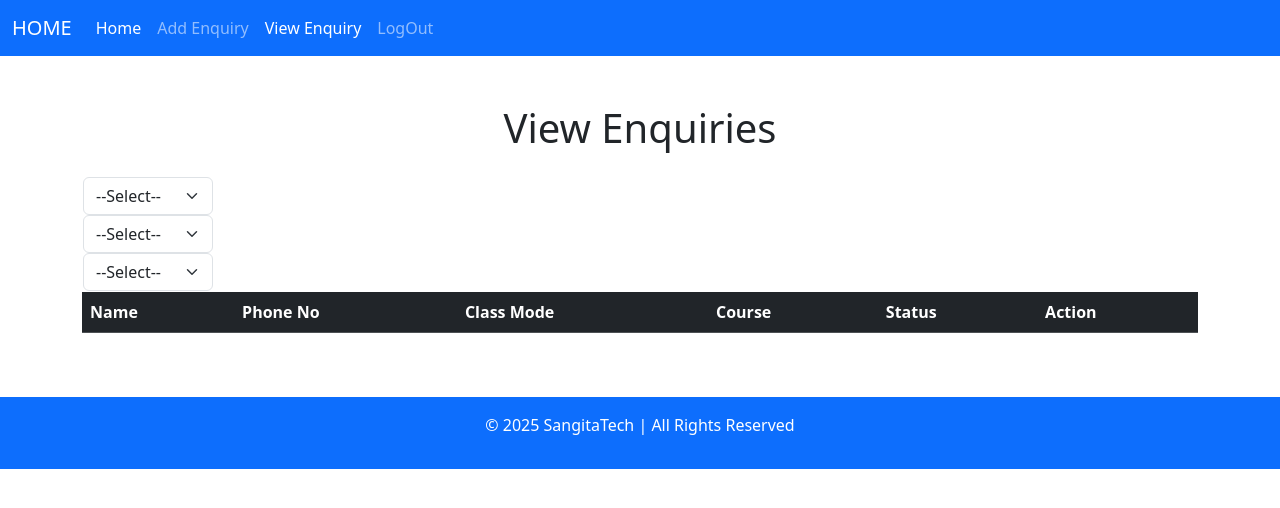
Repository: SitaSangita/Project
Page: http://localhost/viewenquiry
The author's editor kept a copy of each file at every save. The page is drawn from the files as they stood at one save, then again after the next save.
The browser window is 1280 px wide. The pictures show the whole page.
The page is this project's Thymeleaf template; nobody is signed in. The template is opened directly, without the code that normally fills it, so the values that code supplies are empty.

Above is the page before, as saved 2025-01-02 18:32:55.

### 01_CounsellorProtal_MiniProject/src/main/resources/templates/viewenquiry.html
<!doctype html>
<html lang="en">

<head>
	<meta charset="utf-8">
	<meta name="viewport" content="width=device-width, initial-scale=1">
	<title>View Enquiry Details</title>
	<link href="https://cdn.jsdelivr.net/npm/bootstrap@5.3.0-alpha1/dist/css/bootstrap.min.css" rel="stylesheet">
</head>

<body>
	<!-- Navbar -->
	<nav class="navbar navbar-expand-lg navbar-dark bg-primary">
		<div class="container-fluid">
			<a class="navbar-brand" href="#">HOME</a>
			<button class="navbar-toggler" type="button" data-bs-toggle="collapse" data-bs-target="#navbarNav"
				aria-controls="navbarNav" aria-expanded="false" aria-label="Toggle navigation">
				<span class="navbar-toggler-icon"></span>
			</button>
			<div class="collapse navbar-collapse" id="navbarNav">
				<ul class="navbar-nav">
					<li class="nav-item">
						<a class="nav-link active" aria-current="page" href="dashboard">Home</a>
					</li>
					<li class="nav-item">
						<a class="nav-link" href="enquiry-page">Add Enquiry</a>
					</li>
					<li class="nav-item">
						<a class="nav-link active" aria-current="page" href="/view-enquiries">View Enquiry</a>
					</li>
					<li class="nav-item">
						<a class="nav-link" href="/logout">LogOut</a>
					</li>
				</ul>
			</div>
		</div>
	</nav>

	<!-- Main Content -->
	<div class="container my-5">
		<h1 class="text-center mb-4">View Enquiries</h1>
		<div class="table-responsive">
			<form>
				<table>
					<tr>
						<td>
							<select class="form-select" id="classMode" th:field="*{classMode}">
								<option value="">--Select--</option>
								<option value="Classroom">Classroom</option>
								<option value="online">Online</option>
							</select>
							<select class="form-select" id="course" th:field="*{course}">
								<option value="">--Select--</option>
								<option value="Java">Java</option>
								<option value="DevOps">DevOps</option>
								<option value="C++">C++</option>
								<option value="AWS">AWS</option>
								<option value="Linux">Linux</option>
								<option value="Docker">Docker</option>
							</select>
							<select class="form-select" id="status" th:field="*{status}">
								<option value="">--Select--</option>
								<option value="Enrolled">Enrolled</option>
								<option value="Open">Open</option>
								<option value="Lost">Lost</option>
							</select>
						</td>
					</tr>
				</table>
			</form>
			<table class="table table-striped table-hover">
				<thead class="table-dark">
					<tr>
						<th scope="col">Name</th>
						<th scope="col">Phone No</th>
						<th scope="col">Class Mode</th>
						<th scope="col">Course</th>
						<th scope="col">Status</th>
						<th scope="col">Action</th>
					</tr>
				</thead>
				<tbody>
					<tr th:each="enq : ${enquiries}">
						<td th:text="${enq.name}"></td>
						<td th:text="${enq.phoneNo}"></td>
						<td th:text="${enq.classMode}"></td>
						<td th:text="${enq.course}"></td>
						<td th:text="${enq.status}"></td>
						<td>
							<a th:href="@{/edit-enquiry(enqId=${enq.enqId})}">Edit</a>
						</td>
					</tr>
				</tbody>
			</table>
		</div>
	</div>

	<!-- Footer -->
	<footer class="bg-primary text-white text-center py-3">
		<p>&copy; 2025 SangitaTech | All Rights Reserved</p>
	</footer>

	<script src="https://cdn.jsdelivr.net/npm/bootstrap@5.3.0-alpha1/dist/js/bootstrap.bundle.min.js"></script>
</body>

</html>

After the next save:
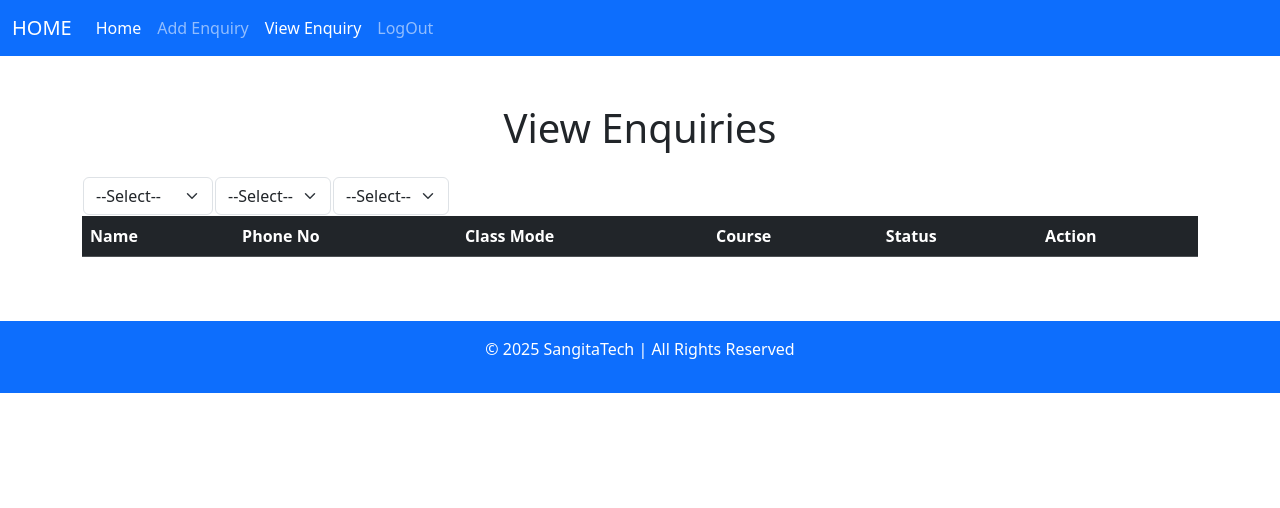
Saved 65 s later.
--- a/01_CounsellorProtal_MiniProject/src/main/resources/templates/viewenquiry.html
+++ b/01_CounsellorProtal_MiniProject/src/main/resources/templates/viewenquiry.html
@@ -49,6 +49,8 @@
 								<option value="Classroom">Classroom</option>
 								<option value="online">Online</option>
 							</select>
+						</td>
+						<td>
 							<select class="form-select" id="course" th:field="*{course}">
 								<option value="">--Select--</option>
 								<option value="Java">Java</option>
@@ -58,6 +60,8 @@
 								<option value="Linux">Linux</option>
 								<option value="Docker">Docker</option>
 							</select>
+						</td>
+						<td>
 							<select class="form-select" id="status" th:field="*{status}">
 								<option value="">--Select--</option>
 								<option value="Enrolled">Enrolled</option>
